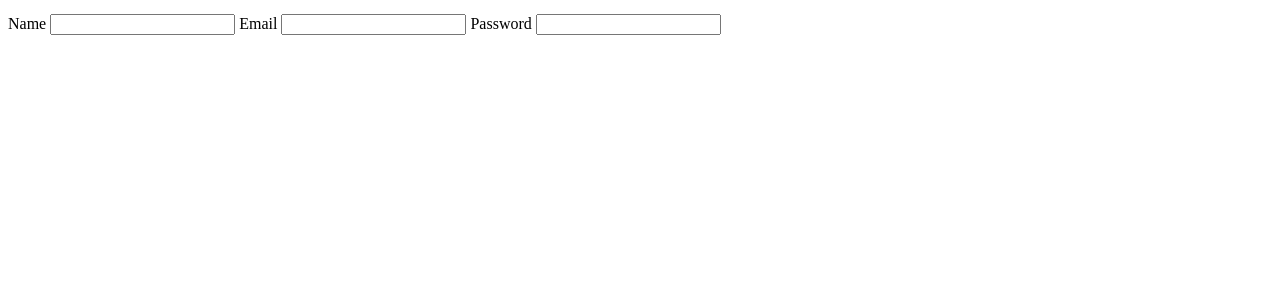
Repository: obusakthi539/Loginform
Page: Login.html
The author's editor kept a copy of each file at every save. The page is drawn from the files as they stood at one save, then again after the next save.
The browser window is 1280 px wide. The pictures show the whole page.

Above is the page before, as saved 2025-01-10 17:29:06.

After the next save:
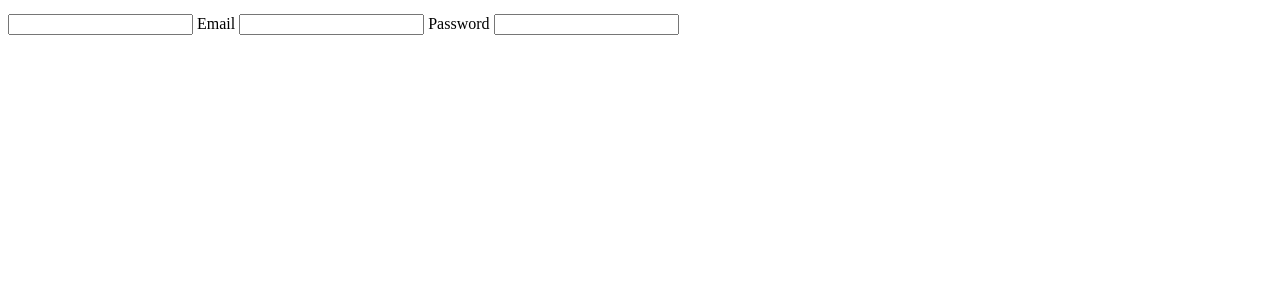
Saved 6 s later.
--- a/Login.html
+++ b/Login.html
@@ -13,7 +13,7 @@
                 <td></td>
             </tr>
         </table>
-        <label for="">Name</label>
+
         <input type="text">
         <label for="">Email</label>
         <input type="text">
